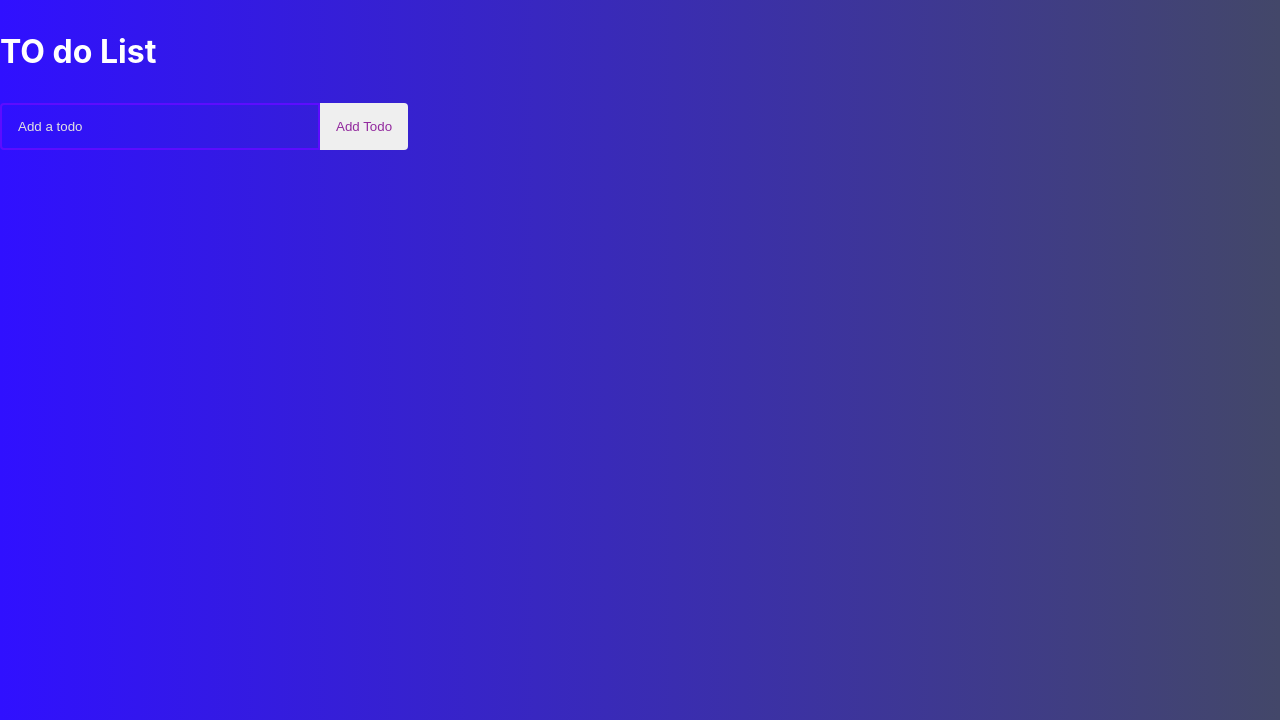
Repository: kirangautam45/ToDoList
Page: /
These files come from the project's save history. The page is drawn as it stood at one moment and after the next save; the edit follows.
The browser window is 1280 px wide. The pictures show the whole page.
The project was rebuilt for these pictures with package versions that can differ from the ones it lists, and the page was loaded fresh each time. Also part of the build but not shown: src/Todo.js.

Above is the page before, as saved 2022-08-06 09:05:37.

After the next save:
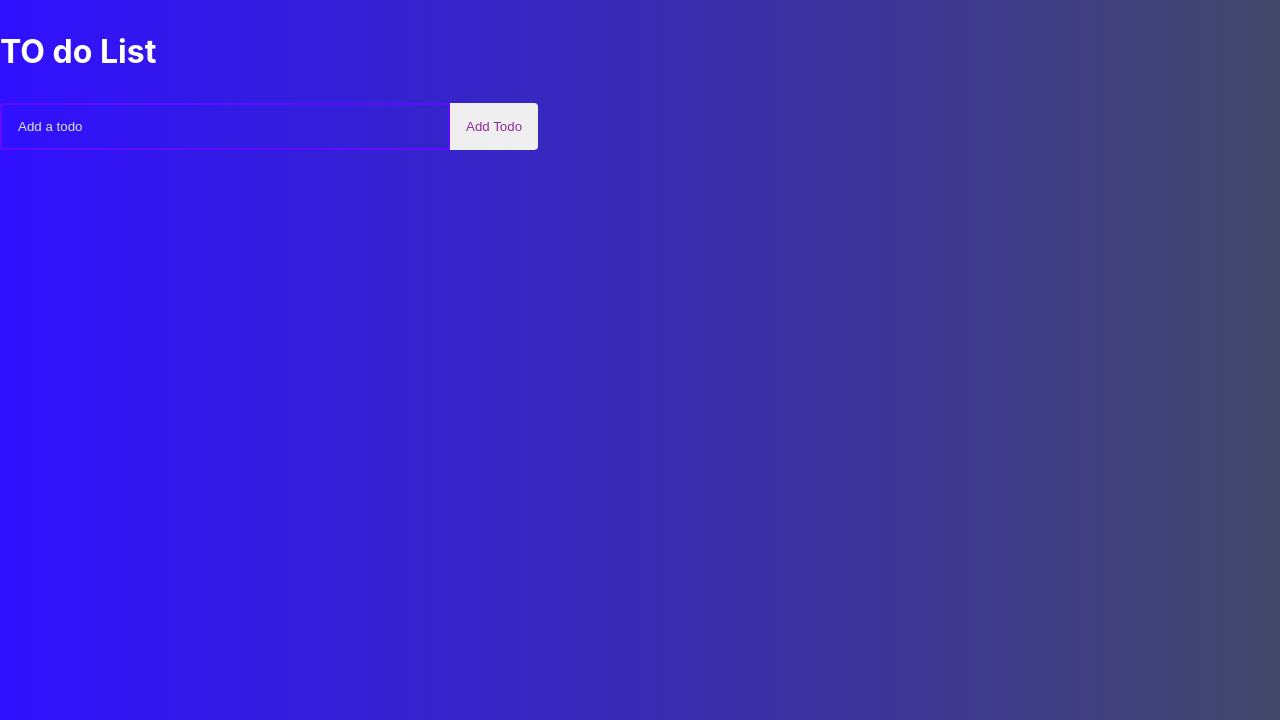
Saved 57 s later.
--- a/src/App.css
+++ b/src/App.css
@@ -43,7 +43,7 @@ h1 {
   border-radius: 4px 0 0 4px;
   border: 2px solid #5d0cff;
   outline: none;
-  width: 320px;
+  width: 450px;
   background: transparent;
   color: #fff;
 }
